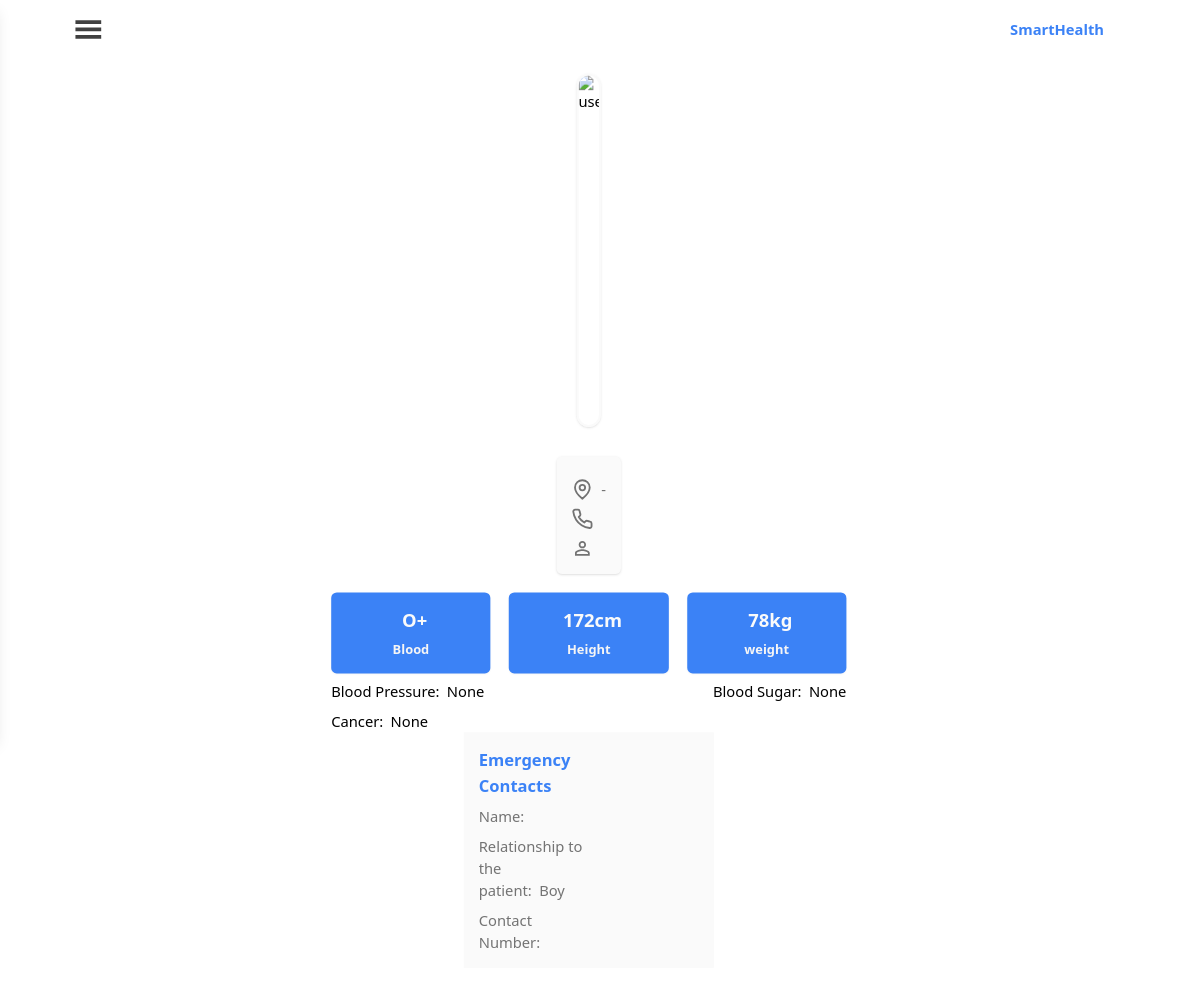
Repository: Sanaa00/HI-user
Page: /home
The author's editor kept a copy of each file at every save. The page is drawn from the files as they stood at one save, then again after the next save.
The browser window is 1280 px wide. The pictures show the whole page, at 92% of full size.
The page's requests for data from a server got no answer. The project was rebuilt for these pictures with package versions that can differ from the ones it lists, and the page was loaded fresh each time. No one was signed in, and anything a server would have sent is missing. Also part of the build but not shown: vite.config.js, src/App.css, src/Components/Pagination.jsx, src/Pages/Prescription.jsx, src/Components/modalComponent.jsx, src/Pages/Laboratory.jsx, src/Pages/Radiographic.jsx, src/Components/InputField.jsx and 2 more.

Above is the page before, as saved 2024-01-12 21:38:34.

After the next save:
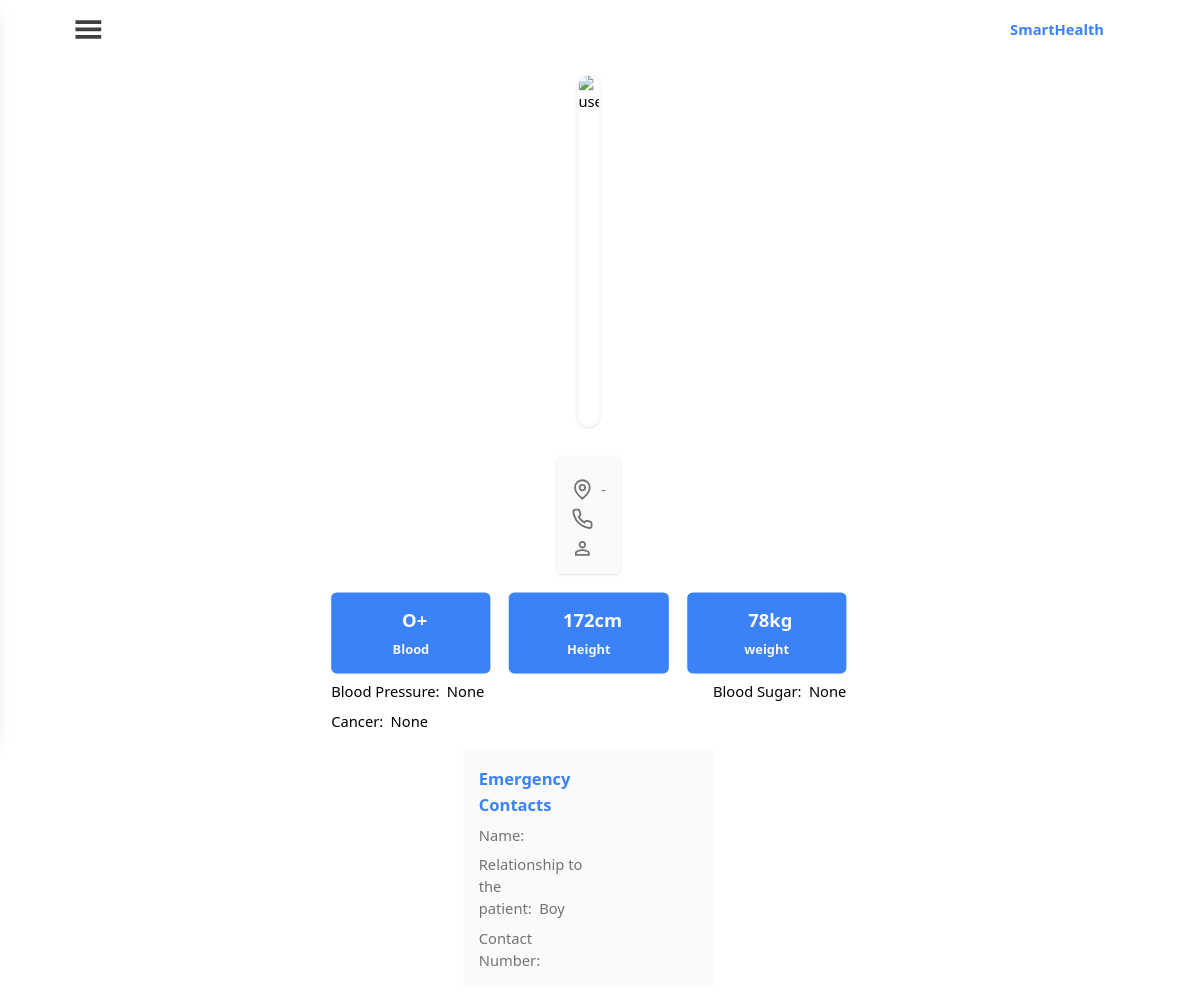
Saved 14 s later.
--- a/src/Pages/Home.jsx
+++ b/src/Pages/Home.jsx
@@ -152,7 +152,7 @@ function Home() {
         </span>{' '}
       </div>{' '}
       {/* ***************Emergency Contacts********** */}
-      <div className="bg-neutral-50 text-neutral-500 p-4">
+      <div className="bg-neutral-50 text-neutral-500 p-4 mt-5">
         {' '}
         <div className=" font-bold text-blue-500 text-lg lg:w-1/2">
           Emergency Contacts
